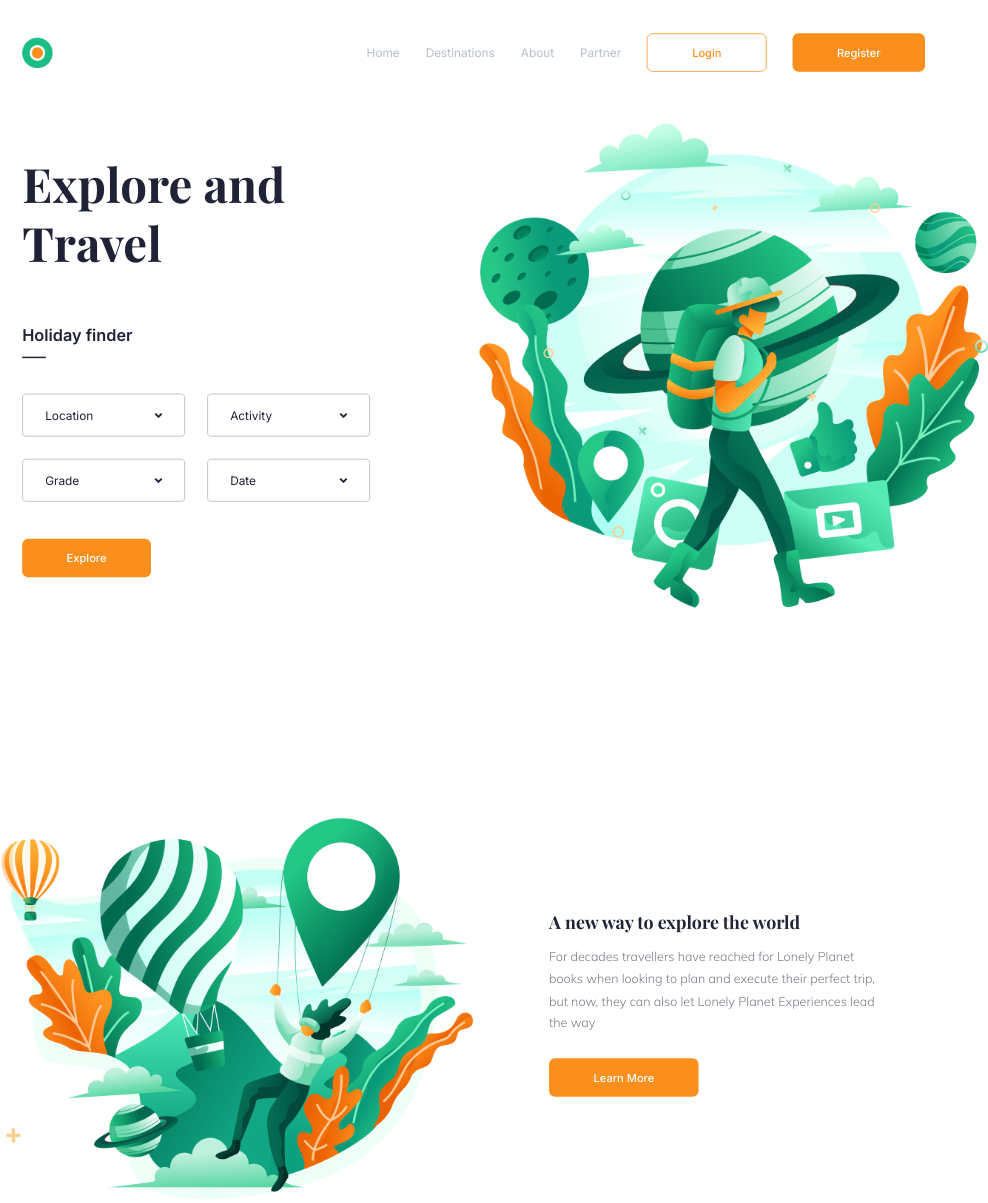
Repository: long5122000/sunny
Page: index.html
These files come from the project's save history. The page is drawn as it stood at one moment and after the next save; the edit follows.
The browser window is 1280 px wide. The page is 1335 px wide, so the pictures cover 1335 px, including what lies to the right of the window. The pictures show the whole page, at 74% of full size.
The style sheet was rebuilt from its Sass, Less or Tailwind sources for each picture, by a compiler version that may differ from the author's.

Above is the page before, as saved 2021-11-24 21:51:09.

After the next save:
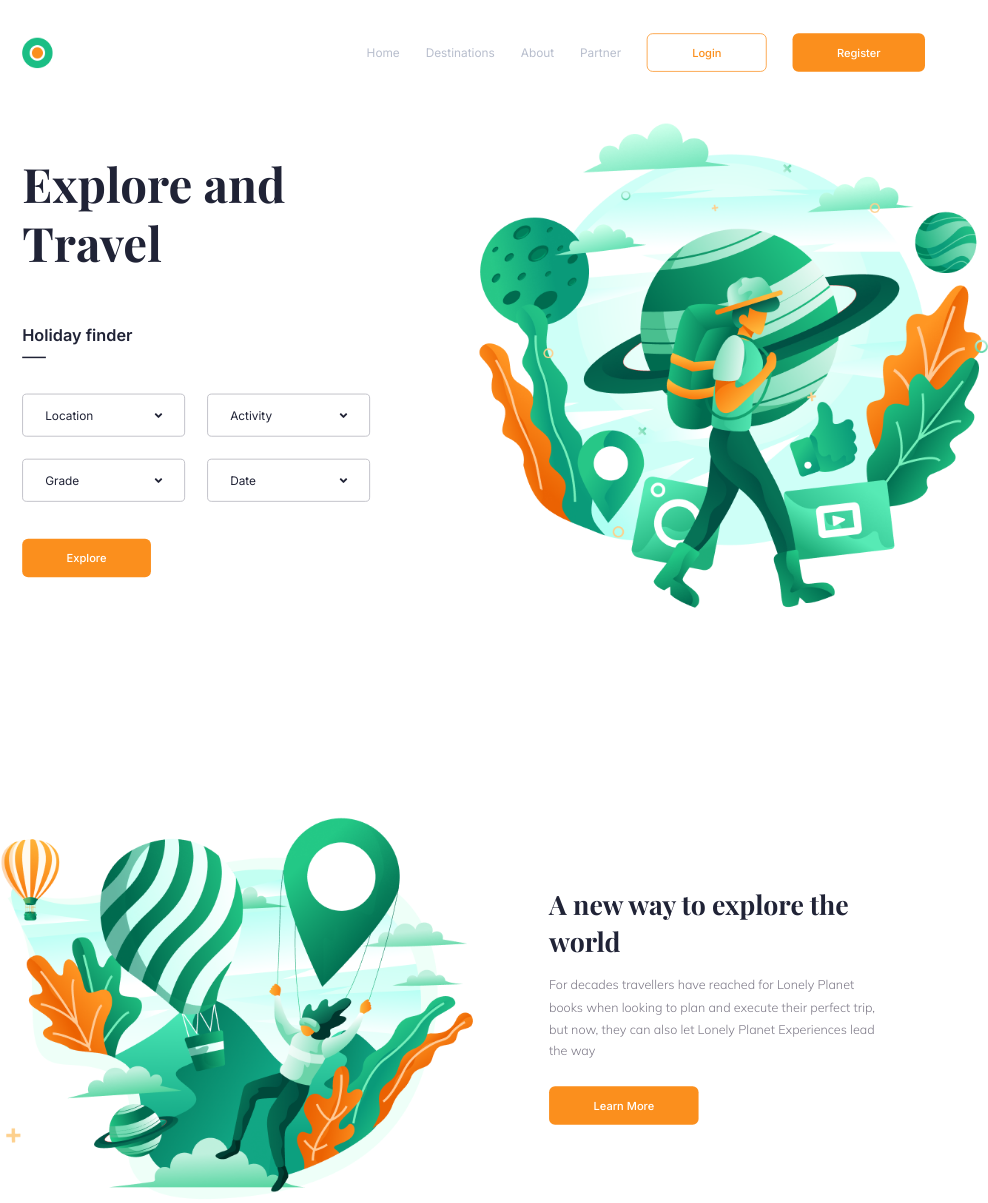
Saved 15 s later.
--- a/index.html
+++ b/index.html
@@ -116,7 +116,7 @@
                 <img srcset="./images/img2.png 2x" alt="" />
               </div>
               <div class="explore-content">
-                <h2 class="heading explore-heading explore-heading--small">
+                <h2 class="heading explore-heading heading--small">
                   A new way to explore the world
                 </h2>
                 <p class="text explore-desc">
